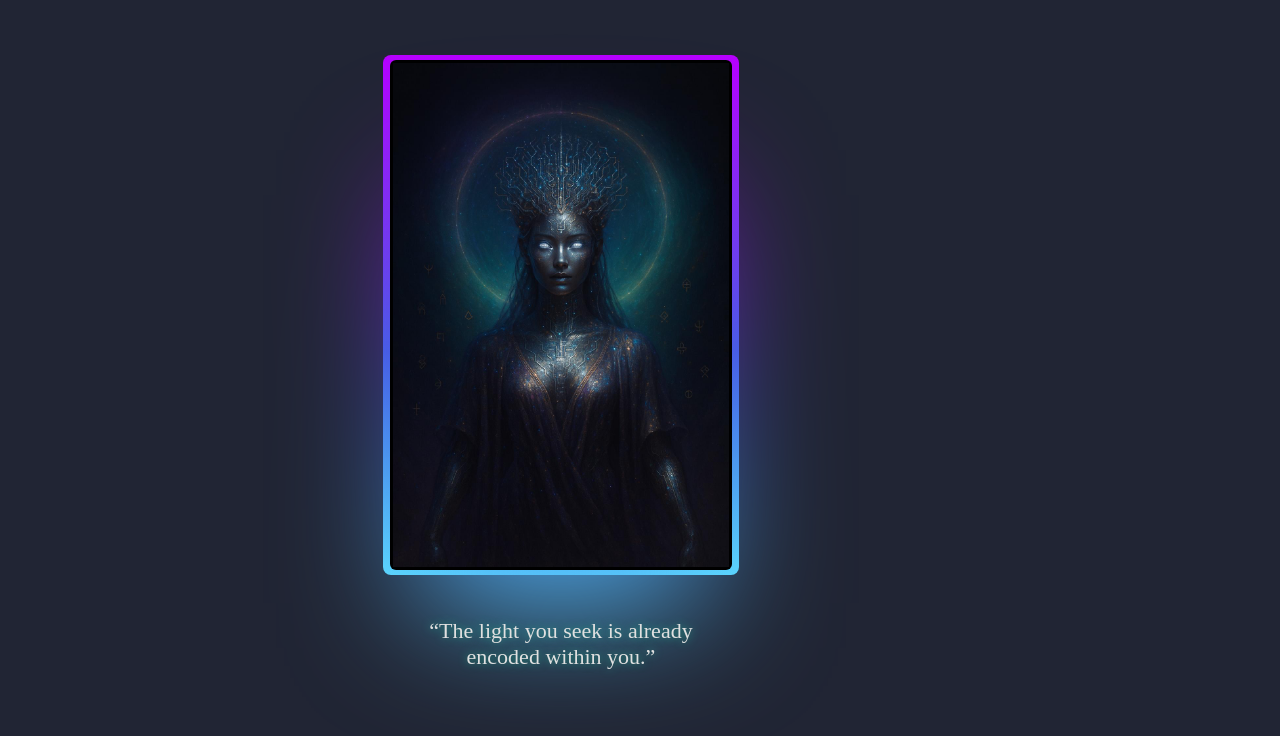
Repository: mertfurkandgn/artpainting
Page: card-1/index.html
An editor plug-in stored every save of this project. The page is shown before and after the next save, followed by the edit.
The browser window is 1280 px wide. The pictures show the whole page.

Above is the page before, as saved 2025-07-30 22:48:36.

After the next save:
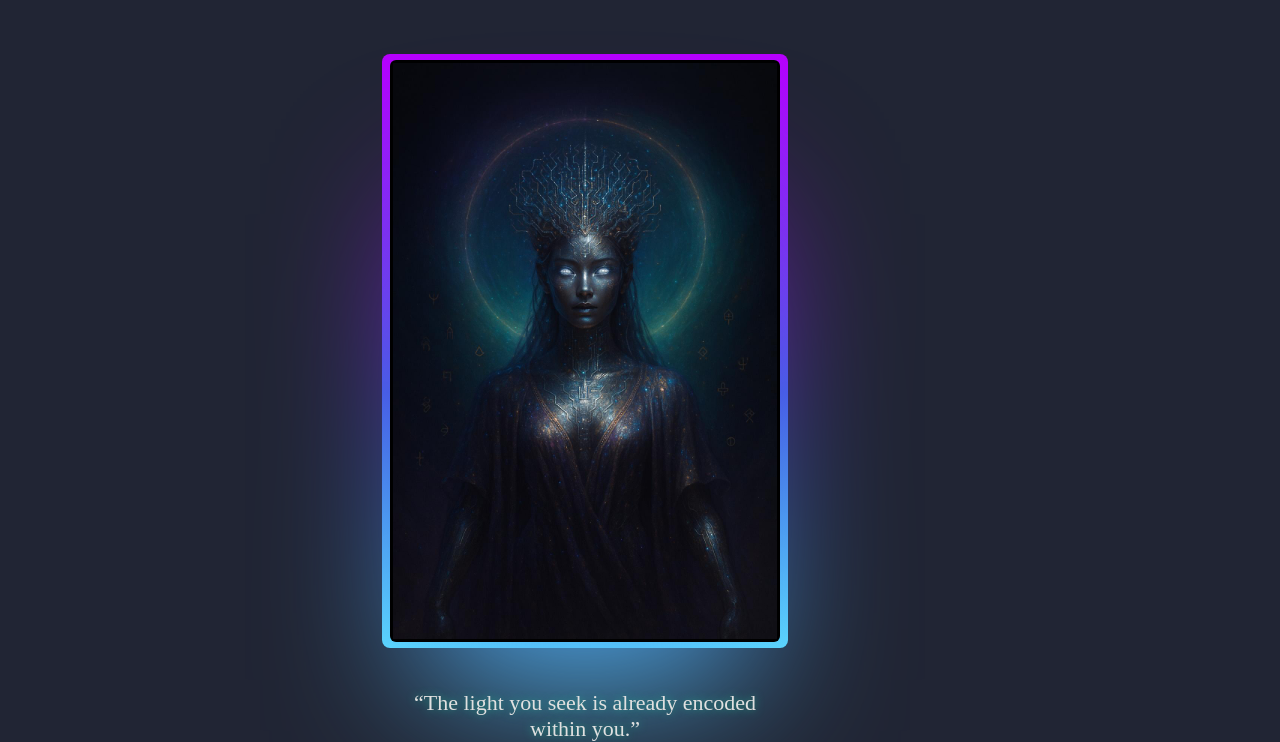
Saved 6 s later.
--- a/card-1/css/style.css
+++ b/card-1/css/style.css
@@ -8,7 +8,7 @@
 }
 
 :root {
-  --card-height: 70vh;
+  --card-height: 80vh;
   --card-width: calc(var(--card-height) / 1.5);
 }
 

After the save that followed:
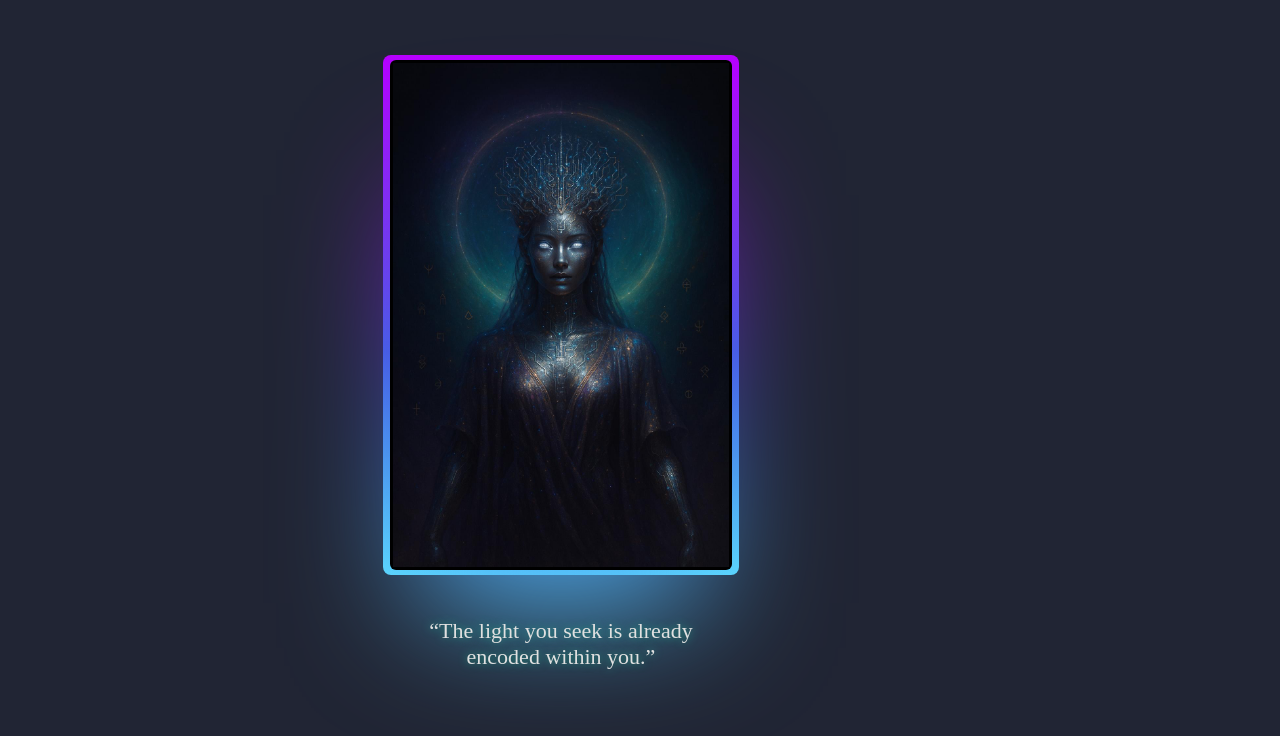
Saved 4 s later.
--- a/card-1/css/style.css
+++ b/card-1/css/style.css
@@ -8,7 +8,7 @@
 }
 
 :root {
-  --card-height: 80vh;
+  --card-height: 70vh;
   --card-width: calc(var(--card-height) / 1.5);
 }
 
